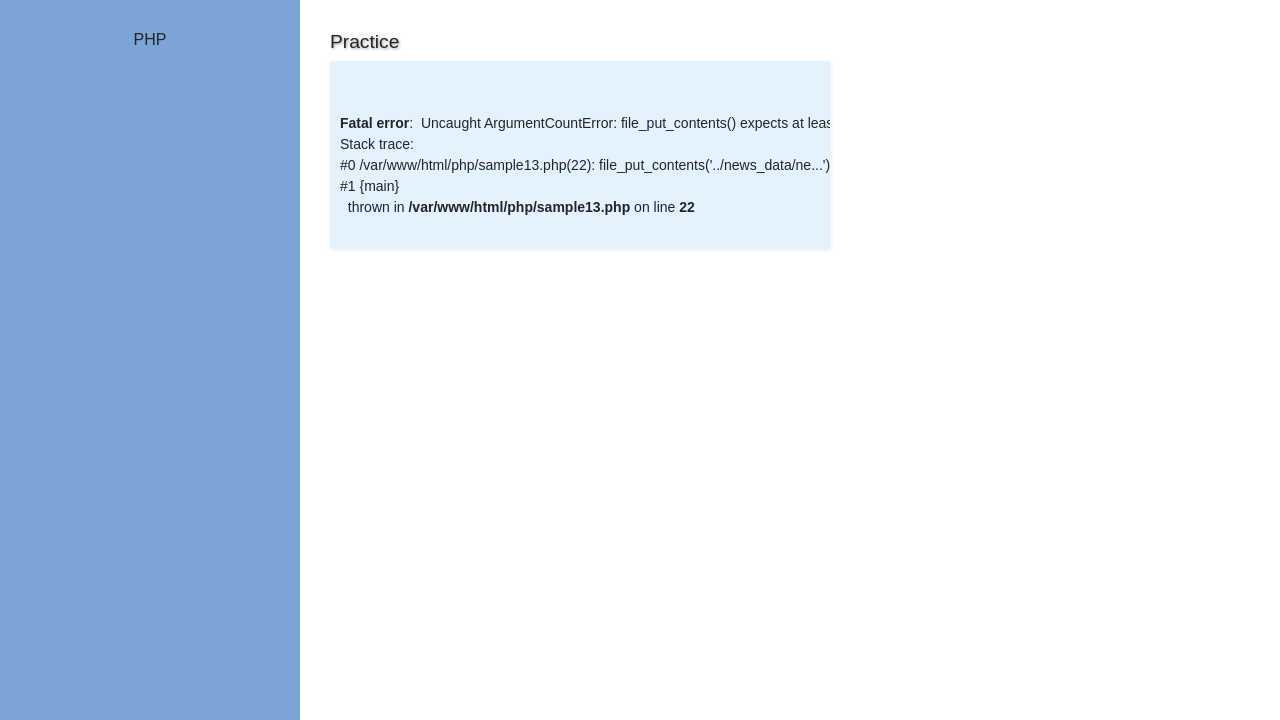
Repository: takeco/practice
Page: http://localhost/php/sample13.php
The author's editor kept a copy of each file at every save. The page is drawn from the files as they stood at one save, then again after the next save.
The browser window is 1280 px wide. The pictures show the whole page.
The page is run by PHP 8.4 with error messages shown; the project is at /var/www/html/.

Above is the page before, as saved 2020-09-26 09:11:34.

After the next save:
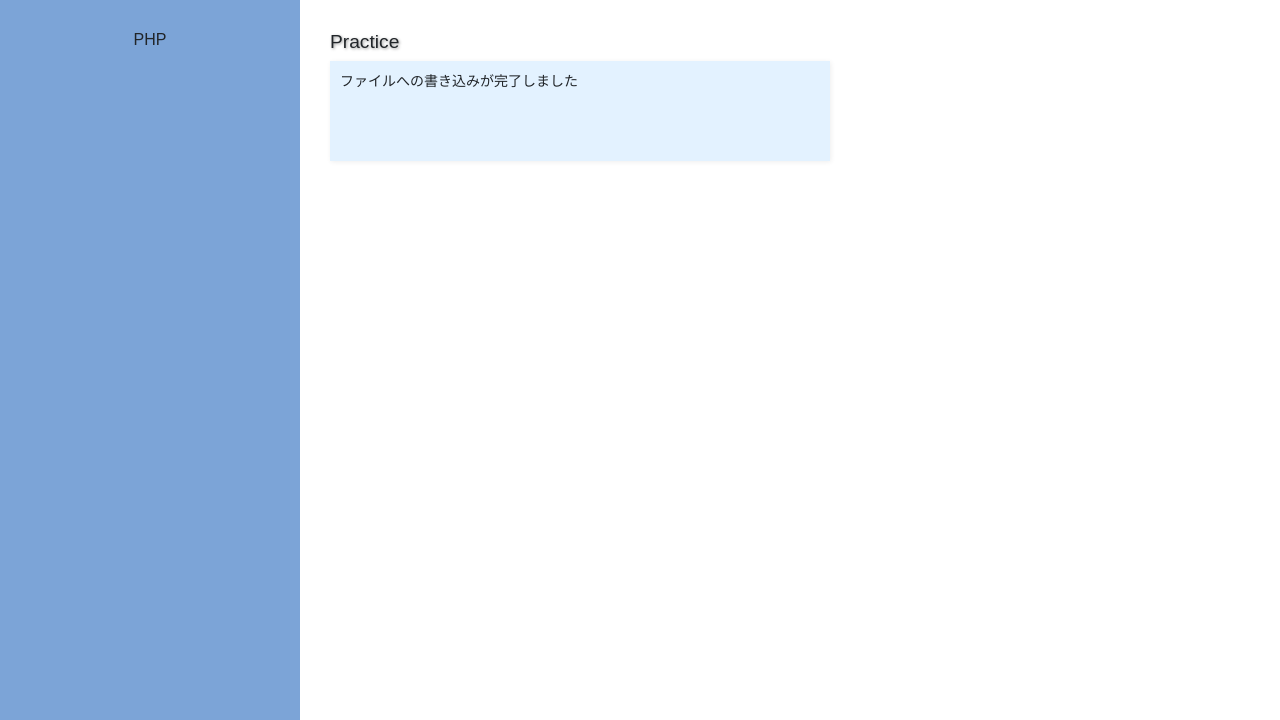
Saved 4 s later.
--- a/php/sample13.php
+++ b/php/sample13.php
@@ -19,7 +19,7 @@
 <h2>Practice</h2>
 <pre>
 <?php
-$success = file_put_contents('../news_data/news.txt');
+$success = file_put_contents('../news_data/news.txt', '2018-06-01 ホームページをリニューアルしました');
 if ($success) {
     print('ファイルへの書き込みが完了しました');
 } else {
